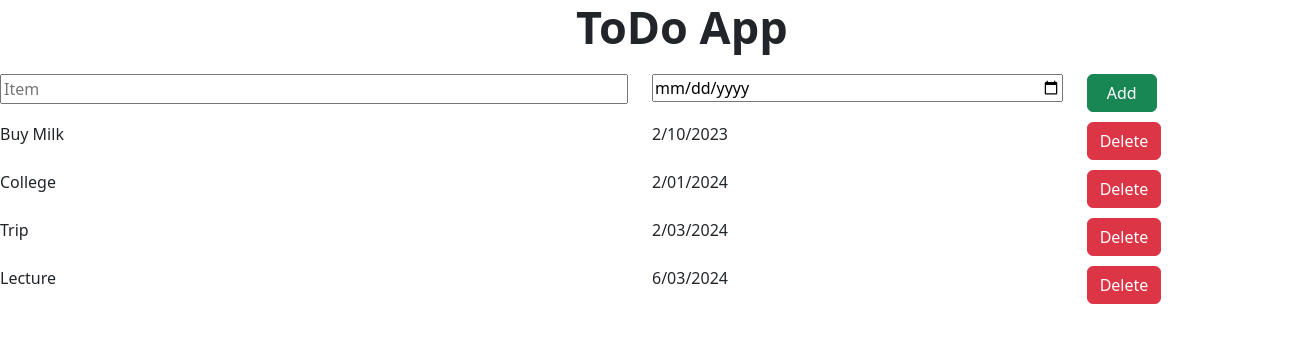
Repository: aditya-jha-kumar/To-Do-List-ReactApp
Page: /
The author's editor kept a copy of each file at every save. The page is drawn from the files as they stood at one save, then again after a run of saves.
The browser window is 1280 px wide. The page is 1292 px wide, so the pictures cover 1292 px, including what lies to the right of the window. The pictures show the whole page.
The project was rebuilt for these pictures with package versions that can differ from the ones it lists, and the page was loaded fresh each time. Also part of the build but not shown: vite.config.js, src/components/WelcomeMessage.jsx.

Above is the page before, as saved 2023-12-10 02:48:36.

After the next 3 saves:
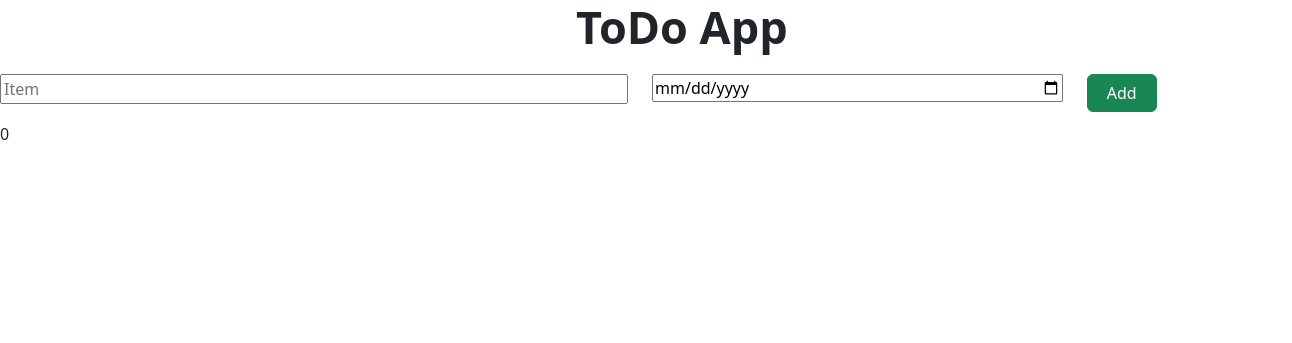
The 3 saves are shown as one change because they came seconds apart.
The last was saved 12 s later.
--- a/src/App.jsx
+++ b/src/App.jsx
@@ -36,7 +36,7 @@
     <div>
       <AppName></AppName>
       <AddToDo onNewItem={handleNewItem}></AddToDo>
-      {todoItems.length === 0 && <WelcomeMessage></WelcomeMessage>}
+      {(todoItems.length = 0 && <WelcomeMessage></WelcomeMessage>)}
       <TodoItems todoItems={todoItems}></TodoItems>
     </div>
   );

After the 6 saves that followed:
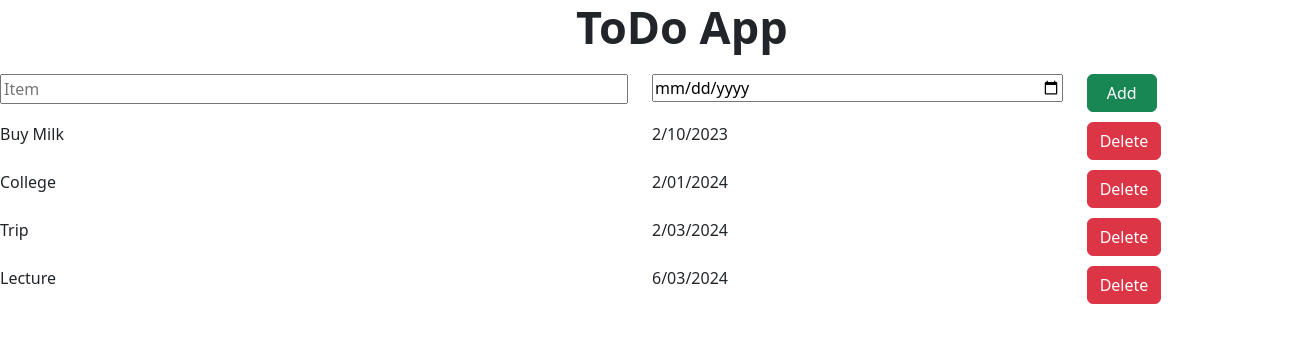
The 6 saves are shown as one change because they came seconds apart.
The last was saved 22 s later.
--- a/src/App.jsx
+++ b/src/App.jsx
@@ -36,7 +36,7 @@
     <div>
       <AppName></AppName>
       <AddToDo onNewItem={handleNewItem}></AddToDo>
-      {(todoItems.length = 0 && <WelcomeMessage></WelcomeMessage>)}
+      {todoItems.length === 0 && <WelcomeMessage></WelcomeMessage>}
       <TodoItems todoItems={todoItems}></TodoItems>
     </div>
   );
